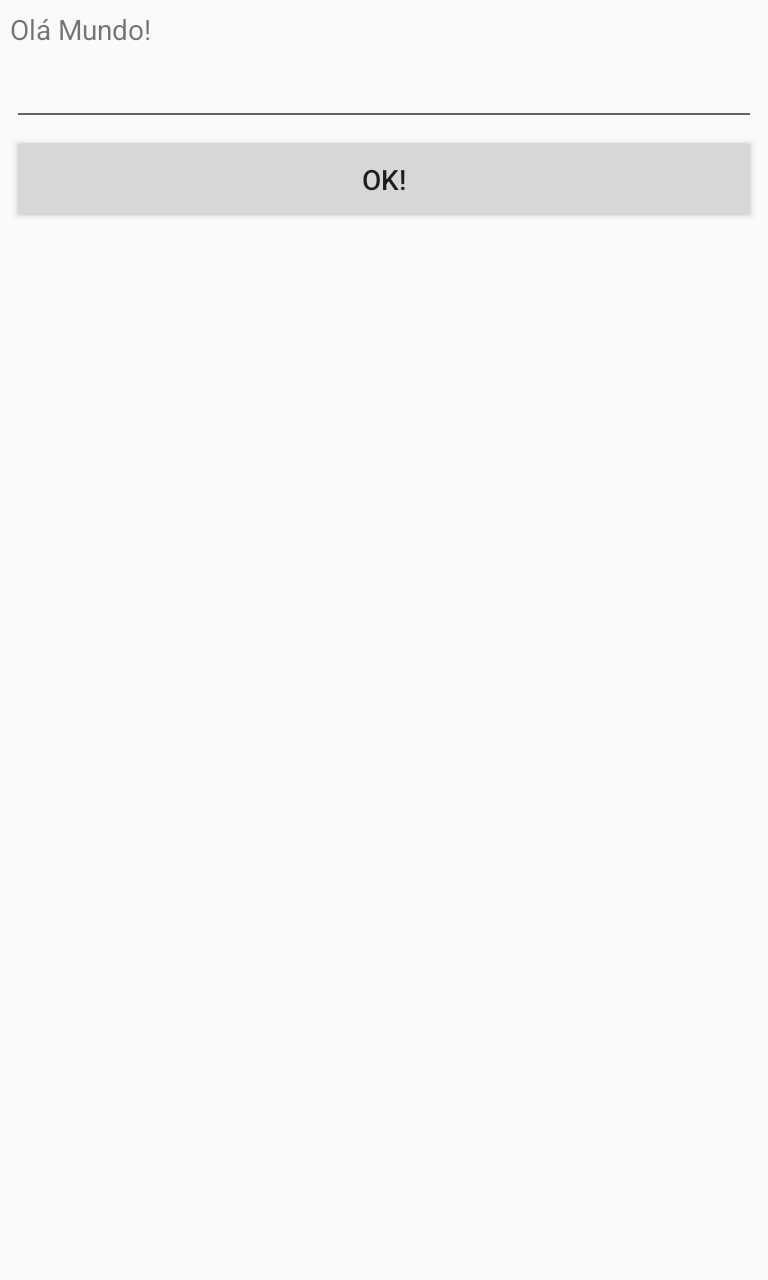
Repository: KaioWeb1/app-minhaCidade
Layout: OlaMundo/res/layout/principal.xml
These files come from the project's save history. The layout is drawn as it stood at one moment and after the next save; the edit follows.
It is drawn on a 768 x 1280 px phone screen (xhdpi) without system bars, with theme AppTheme; the app's code is not run.

Above is the layout before, as saved 2014-09-05 15:01:55.

### OlaMundo/res/layout/principal.xml
<LinearLayout xmlns:android="http://schemas.android.com/apk/res/android"
    xmlns:tools="http://schemas.android.com/tools"
    android:layout_width="match_parent"
    android:layout_height="match_parent"
  	 android:padding="5dp"
    tools:context="br.com.example.olamundo.OlaMundoActivity"
    android:orientation="vertical">

    <TextView
        android:layout_width="wrap_content"
        android:layout_height="wrap_content"
        android:text="@string/hello_world" />

    <EditText
        android:layout_width="match_parent"
        android:layout_height="wrap_content"
        android:inputType="text"

        />

    <Button
        android:layout_width="match_parent"
        android:layout_height="wrap_content"
        android:text="@string/ok"
        />



</LinearLayout>

### OlaMundo/res/values/strings.xml
<?xml version="1.0" encoding="utf-8"?>
<resources>

    <string name="app_name">MinhaCidade</string>
    <string name="hello_world">Olá Mundo!</string>
    <string name="action_settings">Configurações</string>
    <string name="ok">OK!</string>


</resources>

Loaded but not shown: OlaMundo/res/values/styles.xml (common file); OlaMundo/res/values-v11/styles.xml (common file); OlaMundo/res/values-v14/styles.xml (common file)

After the next save:
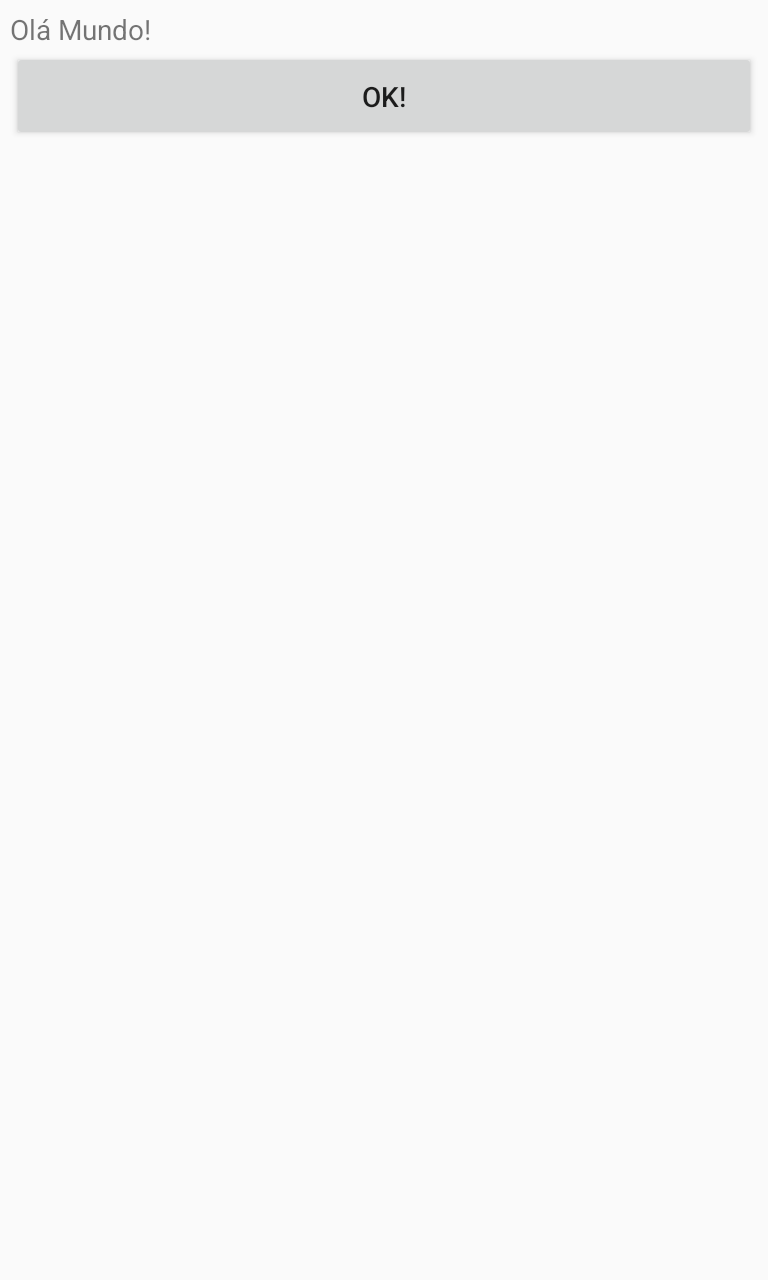
Saved 9 s later.
--- a/OlaMundo/res/layout/principal.xml
+++ b/OlaMundo/res/layout/principal.xml
@@ -11,12 +11,7 @@
         android:layout_height="wrap_content"
         android:text="@string/hello_world" />
 
-    <EditText
-        android:layout_width="match_parent"
-        android:layout_height="wrap_content"
-        android:inputType="text"
 
-        />
 
     <Button
         android:layout_width="match_parent"

After the save that followed:
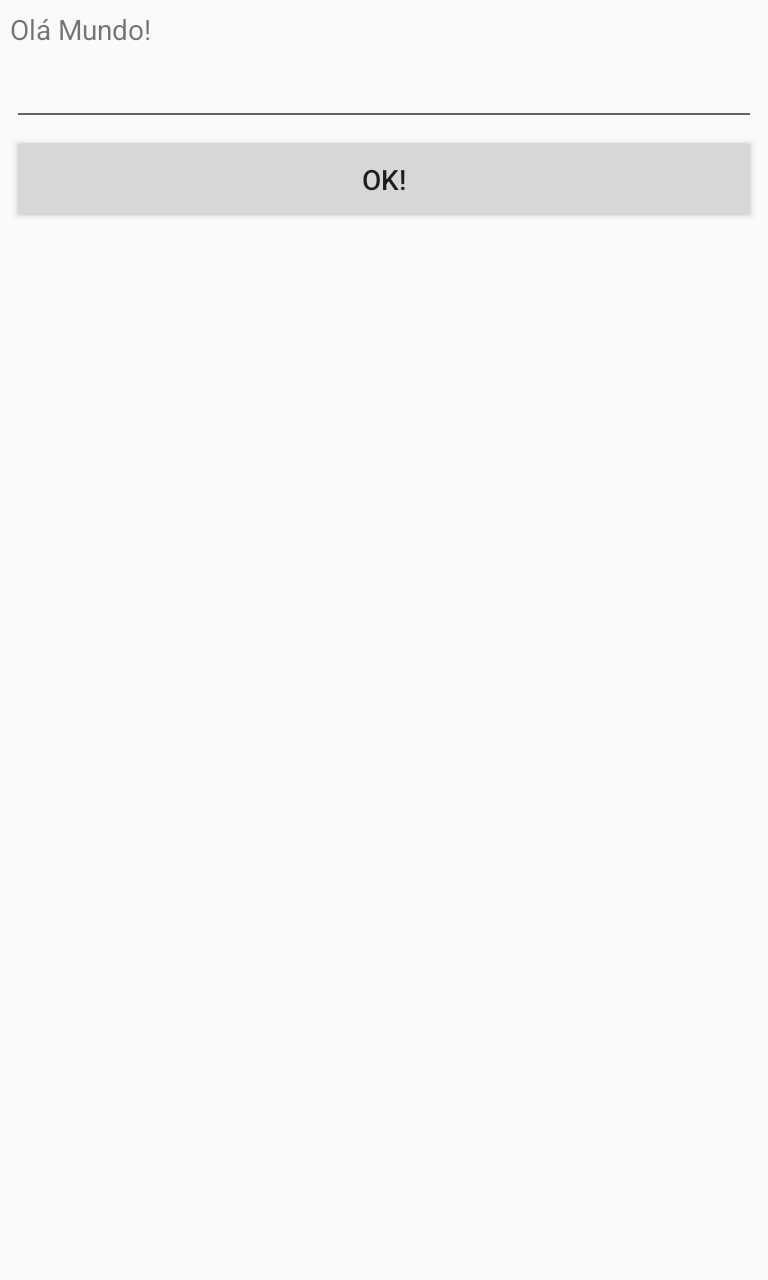
Saved 11 s later.
--- a/OlaMundo/res/layout/principal.xml
+++ b/OlaMundo/res/layout/principal.xml
@@ -11,7 +11,12 @@
         android:layout_height="wrap_content"
         android:text="@string/hello_world" />
 
+	    <EditText
+        android:layout_width="match_parent"
+        android:layout_height="wrap_content"
 
+
+        />
 
     <Button
         android:layout_width="match_parent"
